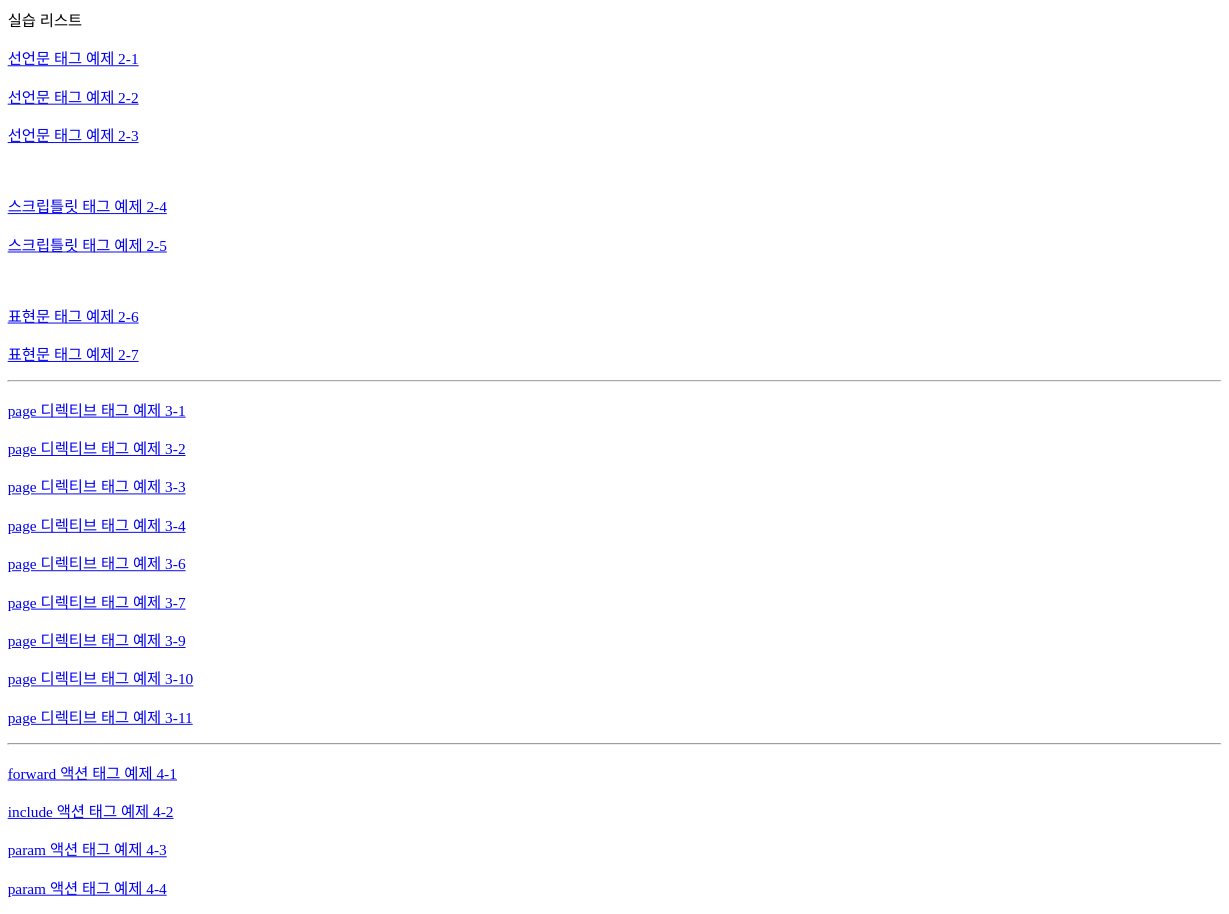
Repository: man332414/myJspStudy
Page: http://localhost/jspbook/
An editor plug-in stored every save of this project. The page is shown before and after the next save, followed by the edit.
The browser window is 1280 px wide. The pictures show the whole page, at 96% of full size.
The page is served by Tomcat 10. Nobody is signed in. The application's start-up code is not run.

Above is the page before, as saved 2024-10-10 02:24:22.

After the next save:
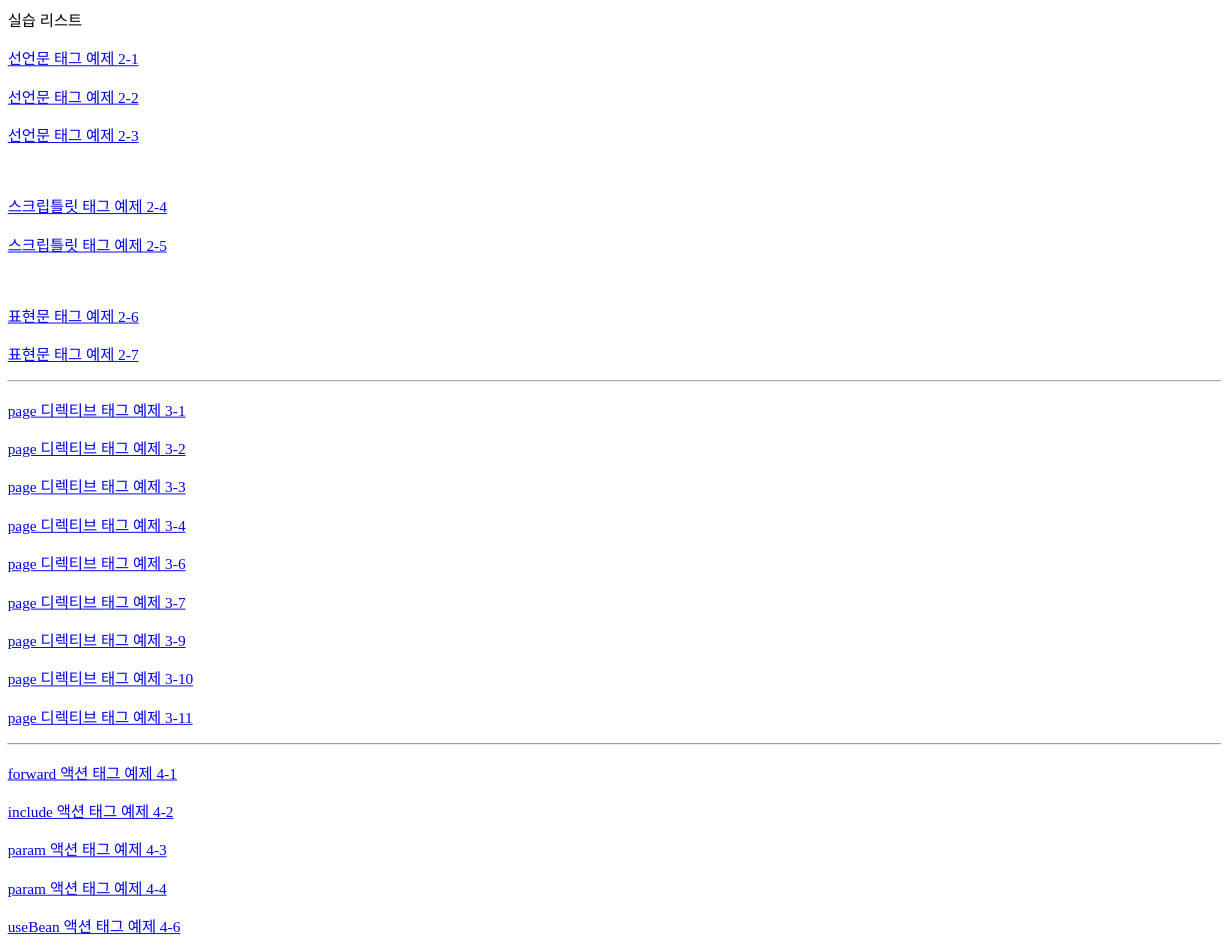
Saved 66 min 49 s later.
--- a/jspbook/src/main/webapp/index.jsp
+++ b/jspbook/src/main/webapp/index.jsp
@@ -32,6 +32,7 @@
 	<p><a href = "4_2"> include 액션 태그 예제 4-2</a></p>
 	<p><a href = "4_3"> param 액션 태그 예제 4-3</a>
 	<p><a href = "4_4"> param 액션 태그 예제 4-4</a>
+	<p><a href = "4_6"> useBean 액션 태그 예제 4-6</a></p>
 
 
 </body>
